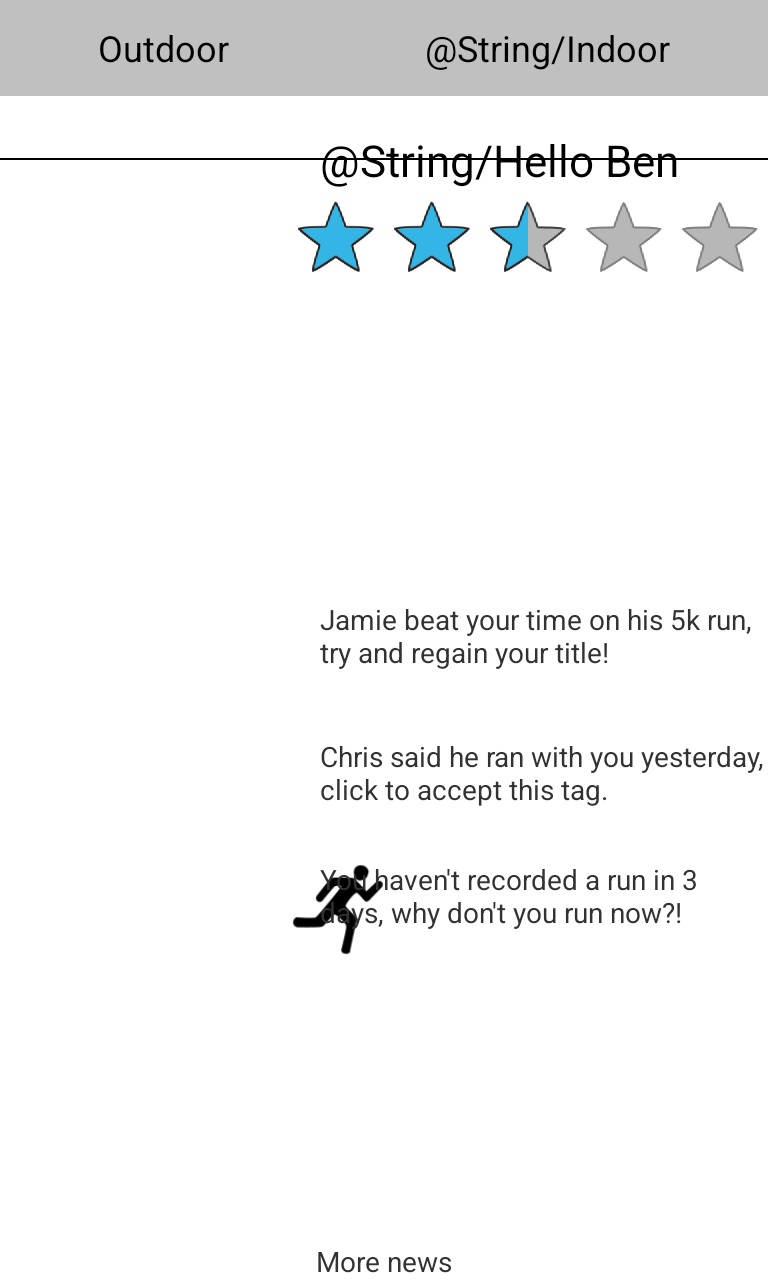
Repository: jamiemorris1991/GoMotion
Layout: GoMotion/res/layout/activity_home.xml
The author's editor kept a copy of each file at every save. The layout is drawn from the files as they stood at one save, then again after the next save.
It is drawn on a 768 x 1280 px phone screen (xhdpi) without system bars, with theme AppTheme; the app's code is not run.

Above is the layout before, as saved 2012-11-24 16:12:25.

### GoMotion/res/layout/activity_home.xml
<?xml version="1.0" encoding="utf-8"?>
<RelativeLayout xmlns:android="http://schemas.android.com/apk/res/android"
    android:layout_width="match_parent"
    android:layout_height="match_parent"
    android:orientation="vertical" >

    <LinearLayout
        xmlns:android="http://schemas.android.com/apk/res/android"
        android:id="@+id/linearLayout1"
        android:layout_width="match_parent"
        android:layout_height="wrap_content" >

        <Button
            android:id="@+id/btnOut"
            android:layout_width="wrap_content"
            android:layout_height="wrap_content"
            android:layout_gravity="center_vertical"
            android:layout_weight="1"
            android:background="@color/topNavBar"
            android:text="Outdoor"
            android:textColor="@color/topNavBarText" />

        <Button
            android:id="@+id/btnIn"
            android:layout_width="wrap_content"
            android:layout_height="wrap_content"
            android:layout_gravity="center_vertical"
            android:layout_weight="1"
            android:background="@color/topNavBar"
            android:text="@String/Indoor"
            android:textColor="@color/topNavBarText" />
    </LinearLayout>

    <View
        android:id="@+id/view1"
        android:layout_width="fill_parent"
        android:layout_height="1dip"
        android:layout_alignParentLeft="true"
        android:layout_below="@+id/quickContactBadge1"
        android:layout_marginTop="14dp"
        android:background="#000000" />

    <RatingBar
        android:id="@+id/ratingBar1"
        android:layout_width="wrap_content"
        android:layout_height="wrap_content"
        android:layout_alignParentRight="true"
        android:layout_below="@+id/textView1"
        android:minHeight="57dp"
        android:numStars="5"
        android:rating="2.5" />

    <QuickContactBadge
        android:id="@+id/quickContactBadge1"
        android:layout_width="wrap_content"
        android:layout_height="wrap_content"
        android:layout_below="@+id/linearLayout1"
        android:layout_marginTop="17dp"
        android:layout_toLeftOf="@+id/ratingBar1" />

    <TextView
        android:id="@+id/textView1"
        android:layout_width="wrap_content"
        android:layout_height="wrap_content"
        android:layout_alignLeft="@+id/ratingBar1"
        android:layout_alignTop="@+id/quickContactBadge1"
        android:layout_marginLeft="16dp"
        android:text="@String/Hello Ben"
        android:textAppearance="?android:attr/textAppearanceLarge" />

    <TextView
        android:id="@+id/textView2"
        android:layout_width="wrap_content"
        android:layout_height="wrap_content"
        android:layout_alignLeft="@+id/textView1"
        android:layout_alignTop="@+id/quickContactBadge2"
        android:text="Jamie beat your time on his 5k run, try and regain your title!"
        android:textAppearance="?android:attr/textAppearanceSmall" />

    <QuickContactBadge
        android:id="@+id/quickContactBadge2"
        android:layout_width="wrap_content"
        android:layout_height="40dp"
        android:layout_centerVertical="true"
        android:layout_toLeftOf="@+id/ratingBar1" />

    <QuickContactBadge
        android:id="@+id/QuickContactBadge01"
        android:layout_width="wrap_content"
        android:layout_height="40dp"
        android:layout_below="@+id/quickContactBadge2"
        android:layout_marginTop="24dp"
        android:layout_toLeftOf="@+id/ratingBar1" />

    <ImageView
        android:id="@+id/imageView1"
        android:layout_width="50dp"
        android:layout_height="50dp"
        android:layout_alignLeft="@+id/QuickContactBadge01"
        android:layout_below="@+id/QuickContactBadge01"
        android:layout_marginTop="26dp"
        android:src="@drawable/ic_run" />

    <TextView
        android:id="@+id/TextView01"
        android:layout_width="wrap_content"
        android:layout_height="wrap_content"
        android:layout_alignBottom="@+id/QuickContactBadge01"
        android:layout_alignLeft="@+id/textView2"
        android:text="Chris said he ran with you yesterday, click to accept this tag."
        android:textAppearance="?android:attr/textAppearanceSmall" />

    <TextView
        android:id="@+id/TextView02"
        android:layout_width="wrap_content"
        android:layout_height="wrap_content"
        android:layout_alignLeft="@+id/TextView01"
        android:layout_alignTop="@+id/imageView1"
        android:text="You haven&apos;t recorded a run in 3 days, why don&apos;t you run now?!"
        android:textAppearance="?android:attr/textAppearanceSmall" />

    <TextView
        android:id="@+id/textView3"
        android:layout_width="wrap_content"
        android:layout_height="wrap_content"
        android:layout_alignParentBottom="true"
        android:layout_centerHorizontal="true"
        android:text="More news" />

</RelativeLayout>

### GoMotion/res/values/colors.xml
<?xml version="1.0" encoding="utf-8"?>
<resources>
    <color name="buttons">#C0C0C0</color>
    <color name="topNavBar">#C0C0C0</color>
    <color name="buttonsText">#FFFFFF</color>
    <color name="topNavBarText">#000000</color>
    <color name="goBlue">#6488D9</color>
    <color name="goGrey">#AAAAAA</color>
    <color name="background">#FFFFFF</color>
    <color name="timerBackground">#435888</color>
    <color name="blueBackground">#E4E4FF</color>
    <color name="hoverBlue">#0000FF</color>
</resources>

Loaded but not shown: GoMotion/res/values-v11/styles.xml (common file); GoMotion/res/values-v14/styles.xml (common file); GoMotion/res/values/styles.xml (common file)

After the next save:
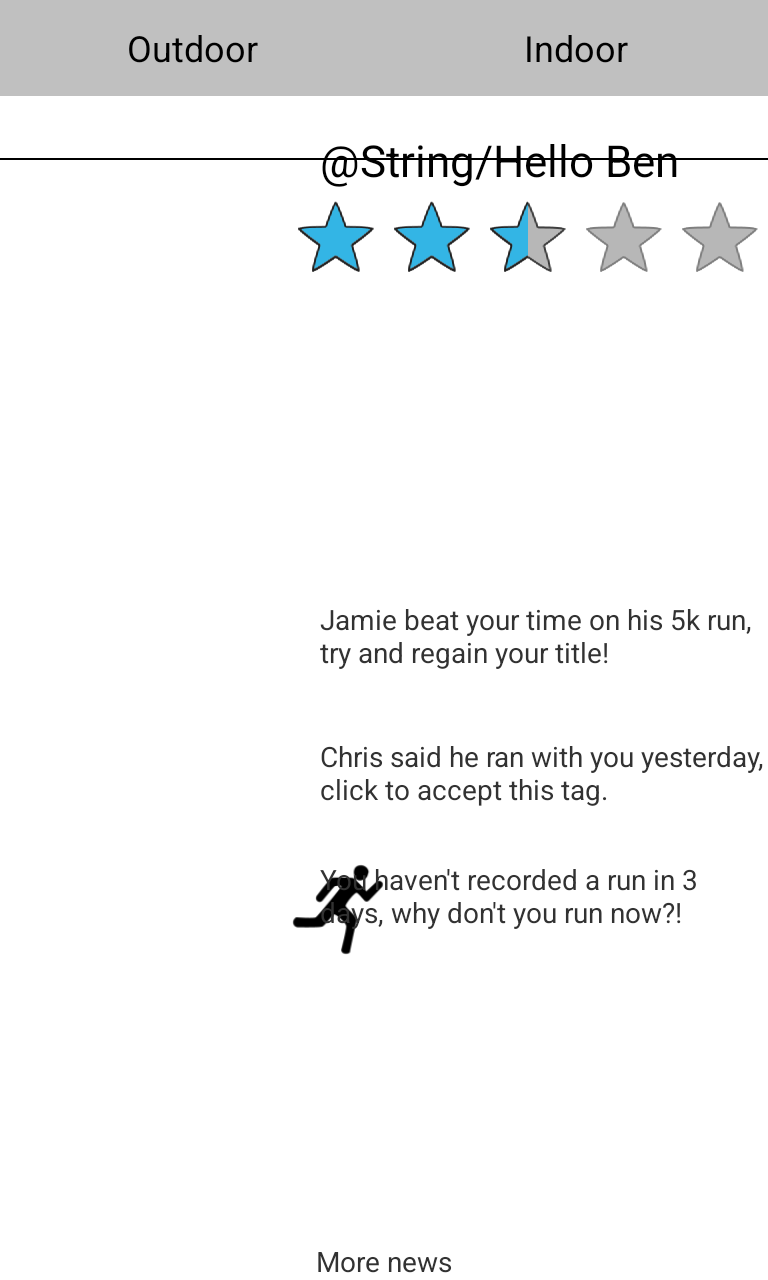
Saved 10 s later.
--- a/GoMotion/res/layout/activity_home.xml
+++ b/GoMotion/res/layout/activity_home.xml
@@ -27,7 +27,7 @@
             android:layout_gravity="center_vertical"
             android:layout_weight="1"
             android:background="@color/topNavBar"
-            android:text="@String/Indoor"
+            android:text="Indoor"
             android:textColor="@color/topNavBarText" />
     </LinearLayout>
 
